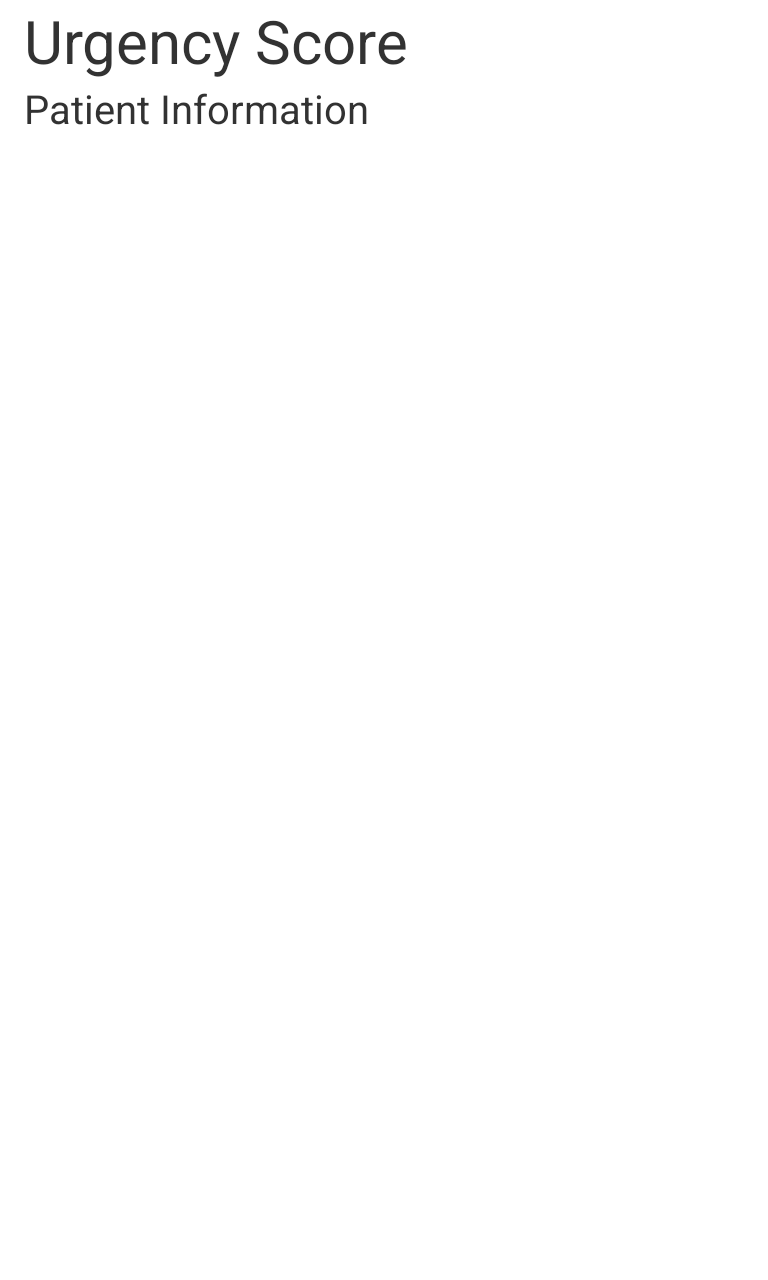
Repository: wangyuan0915/ER
Layout: workspace2/phase3/res/layout/activity_patient_record_help.xml
The author's editor kept a copy of each file at every save. The layout is drawn from the files as they stood at one save, then again after the next save.
It is drawn on a 768 x 1280 px phone screen (xhdpi) without system bars, with theme AppTheme; the app's code is not run.

Above is the layout before, as saved 2013-11-26 23:03:54.

After the next save:
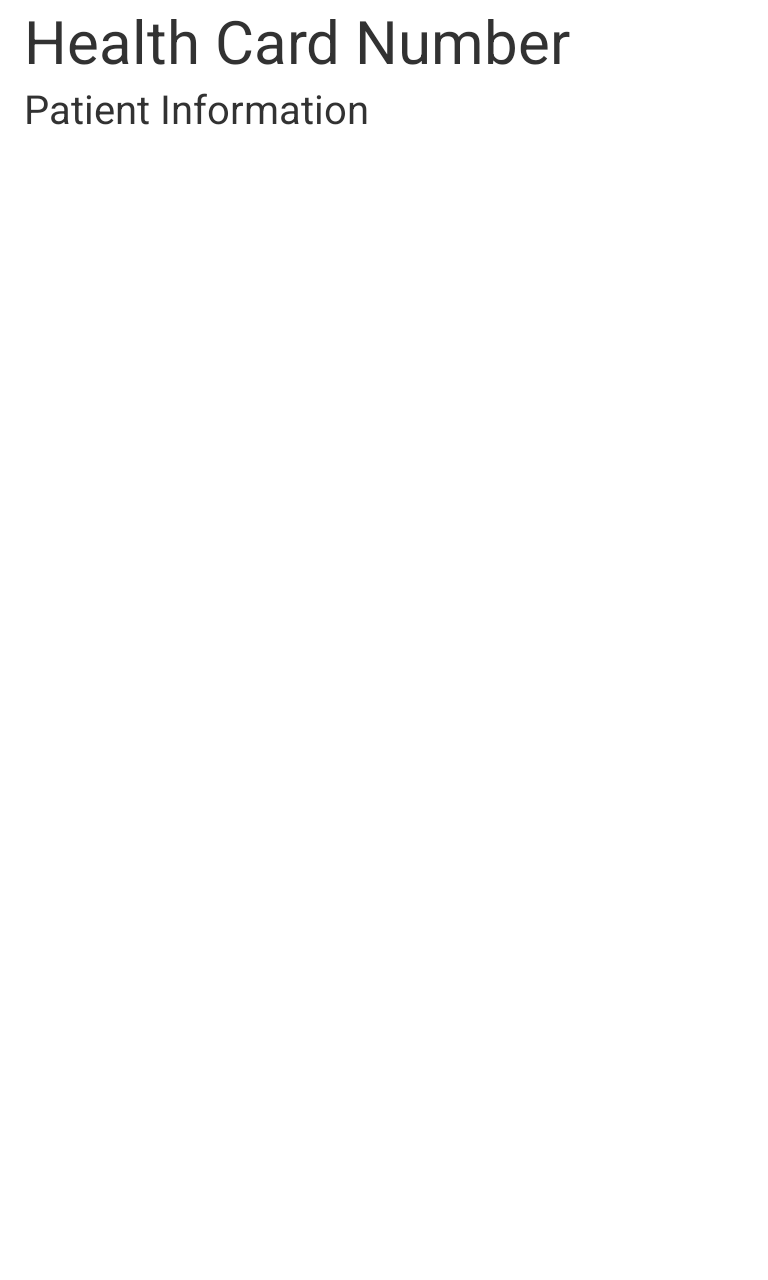
Saved 28 s later.
--- a/workspace2/phase3/res/layout/activity_patient_record_help.xml
+++ b/workspace2/phase3/res/layout/activity_patient_record_help.xml
@@ -12,7 +12,7 @@
     android:id="@+id/num"
     android:layout_width="fill_parent"
     android:layout_height="wrap_content"
-    android:text="@string/urgency_score"
+    android:text="@string/Health_Card_Number"
     android:textSize="30sp" />
 
 <TextView
